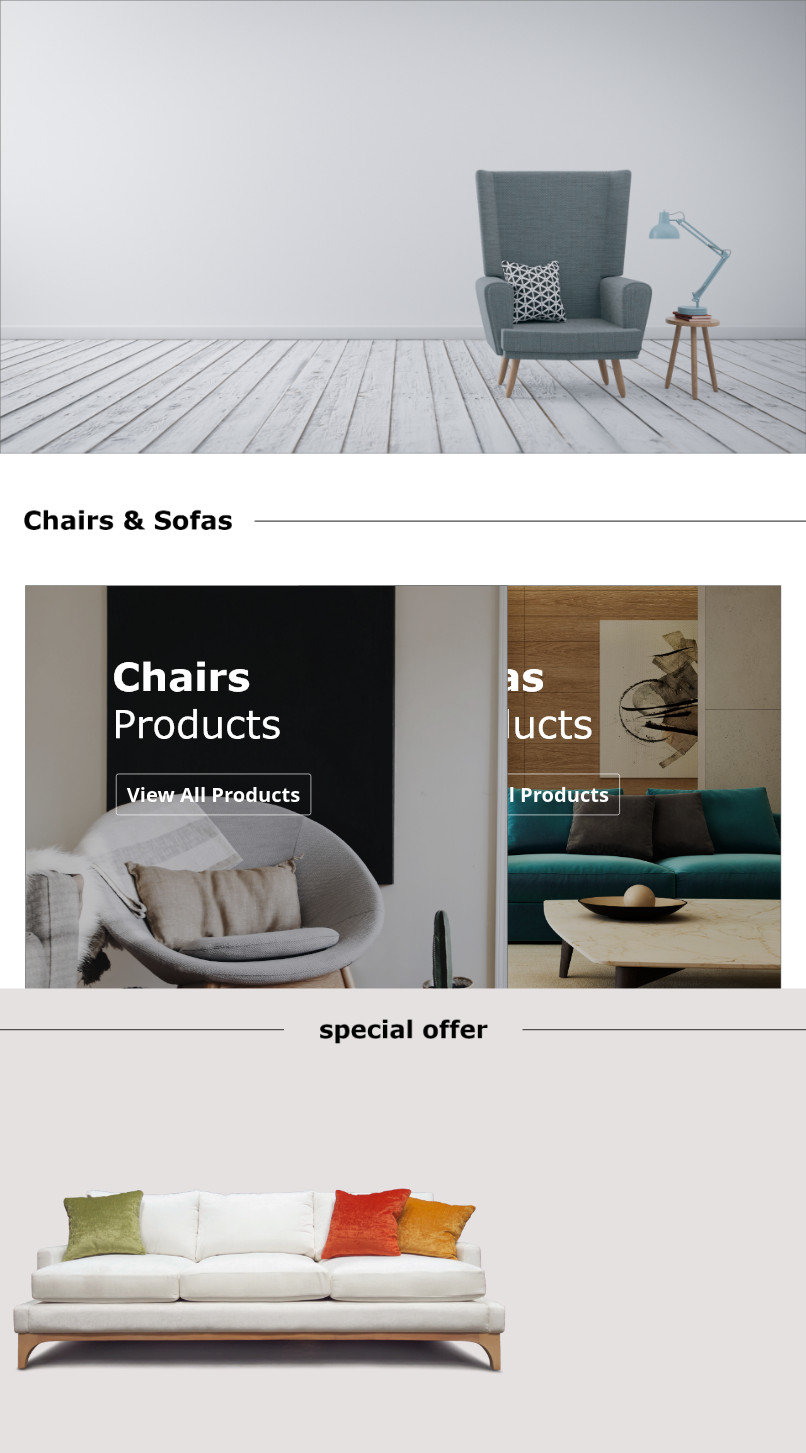
Repository: MEROO1010/creative_home
Page: /
An editor plug-in stored every save of this project. The page is shown before and after the next save, followed by the edit.
The browser window is 1280 px wide. The pictures show the whole page, at 63% of full size.
The project was rebuilt for these pictures with package versions that can differ from the ones it lists, and the page was loaded fresh each time. The framework's server and built-in components were replaced by stand-ins that run in the browser. Also part of the build but not shown: next.config.js.

Above is the page before, as saved 2022-12-11 10:11:38.

### pages/_app.tsx
import '../styles/globals.css'
import type { AppProps } from 'next/app'

export default function App({ Component, pageProps }: AppProps) {
  return <Component {...pageProps} />


}

### pages/index.tsx
import styles from '../styles/Home.module.css'
import Firstsection from '../components/Firstsection'
import Chair_Sofa from '../components/Chair_Sofa'
import SpecialOffer from '../components/SpecialOffer'



export default function Home() {
  return (
    <div>

    <div>
      <Firstsection/>

      <Chair_Sofa/>

      <div  >
      <SpecialOffer/>
      </div>



    </div>



    </div>

  )
}

### components/Firstsection.tsx
import React from 'react'
import Image from 'next/image'
import first_img from '../assets/images/first_img.png'


const firstsection = () => {
  return (
    <div>
      <Image src={first_img} alt={''}/>
    </div>
  )
}

export default firstsection

### components/Chair_Sofa.tsx
import React from 'react'
import Image from 'next/image'

import Title1 from '../assets/images/title1.png'
import righBtn from '../assets/images/btn-r.png'
import leftBtn from '../assets/images/btn-l.png'
import SpecialOffer from './SpecialOffer'




const Chair_Sofa = () => {
  return (
    <div>
     <div className='my-20'>
     <Image src={Title1} alt={''}/>
     </div>

     <div className=" absolute   	 right-10	     ">
      <Image src={righBtn} alt={''}/>
      <div className="absolute bottom-60   left-40 mx-10 my-28 bg-transparent hover:bg-gray-500 text-white  text-[32px] font-semibold hover:text-white py-2 px-4 border border-white hover:border-transparent rounded w-394 h-82   "><button>View All Products</button></div>
     </div>

     <div className=" absolute left-10  ">
      <Image src={leftBtn} alt={''}/>
      <div className="absolute bottom-60   left-20 mx-16 my-28 bg-transparent hover:bg-gray-500 text-white  text-[32px] font-semibold hover:text-white py-2 px-4 border border-white hover:border-transparent rounded w-394 h-82   "><button>View All Products</button></div>
     </div>

      <div>

      </div>

   </div>
  )
}

export default Chair_Sofa

### components/SpecialOffer.tsx
import React from 'react'
import Image from 'next/image'
import specialOffer from '../assets/images/specialOffer.png'
import sofa2 from '../assets/images/sofa2.png'



const SpecialOffer = () => {
  return (
    <div className="relative bg-[#E6E1E1]  py-10   px-100 my-80  top-80 float-right   ">
        <div>
          <Image src={specialOffer} alt=''/>

         </div>

         <div>
          <Image src={sofa2} alt=''/>

         </div>
    </div>
  )
}

export default SpecialOffer

### tailwind.config.js
/** @type {import('tailwindcss').Config} */
module.exports = {
  content: [
    "./pages/**/*.{js,ts,jsx,tsx}",
    "./components/**/*.{js,ts,jsx,tsx}",
  ],
  theme: {

    extend: {},
  },
  plugins: [],
}

Loaded but not shown: styles/globals.css (common file)

After the next save:
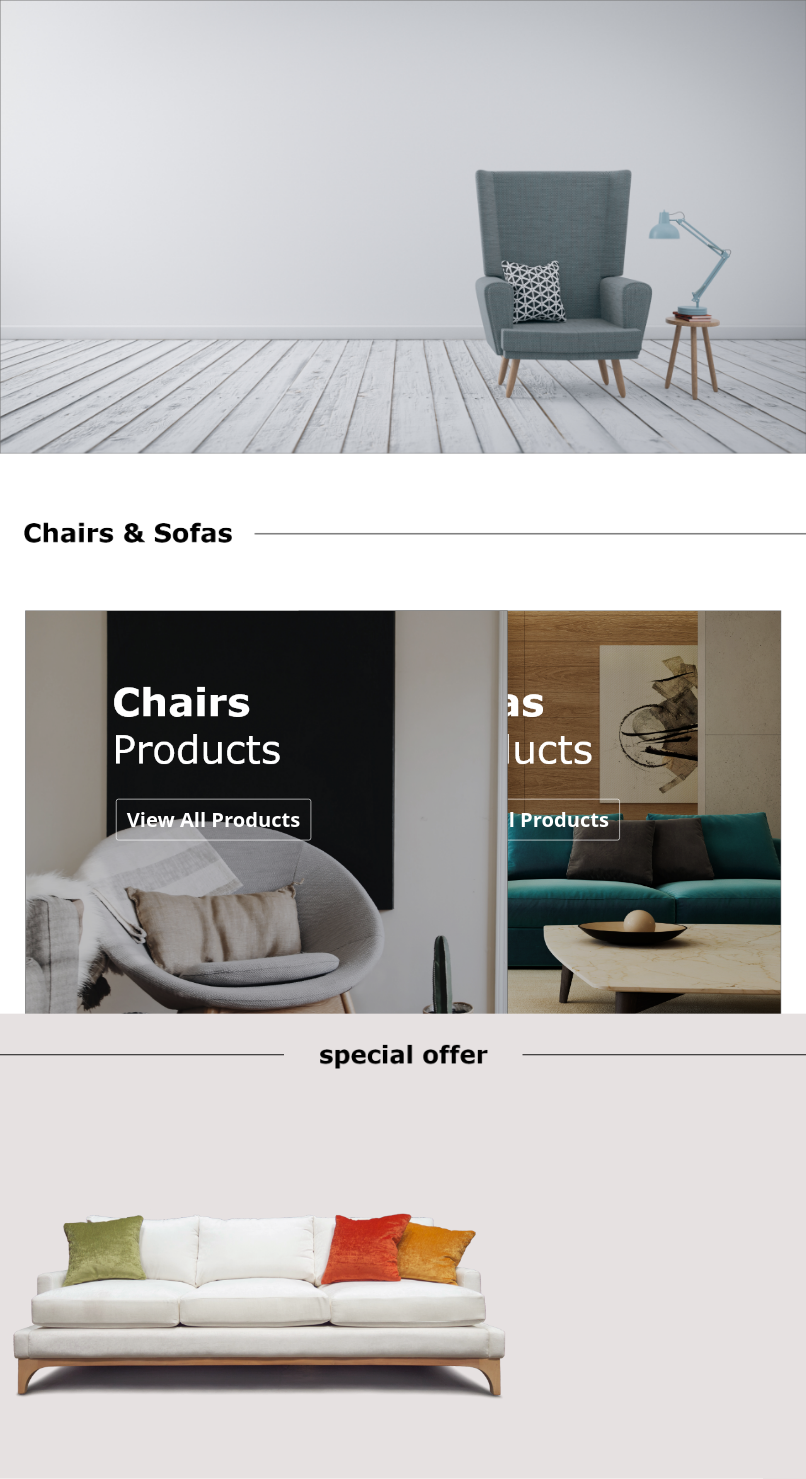
Saved 27 s later.
--- a/components/Chair_Sofa.tsx
+++ b/components/Chair_Sofa.tsx
@@ -12,7 +12,7 @@ import SpecialOffer from './SpecialOffer'
 const Chair_Sofa = () => {
   return (
     <div>
-     <div className='my-20'>
+     <div className='my-20 py-5'>
      <Image src={Title1} alt={''}/>
      </div>
 
